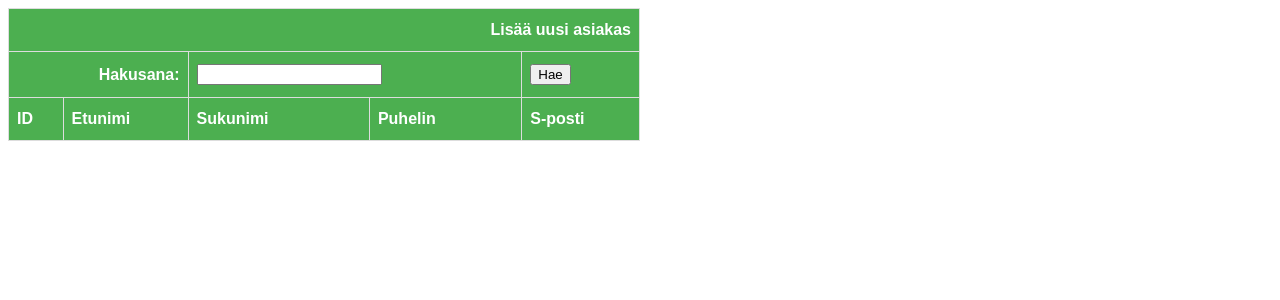
Repository: Lateh13/Asiakkaat
Page: http://localhost/Asiakkaat/listaaasiakkaat.jsp
These files come from the project's save history. The page is drawn as it stood at one moment and after the next save; the edit follows.
The browser window is 1280 px wide. The pictures show the whole page.
The page is served by Tomcat 9. Queries for data that is not in the repository find no rows.

Above is the page before, as saved 2020-04-29 16:42:03.

After the next save:
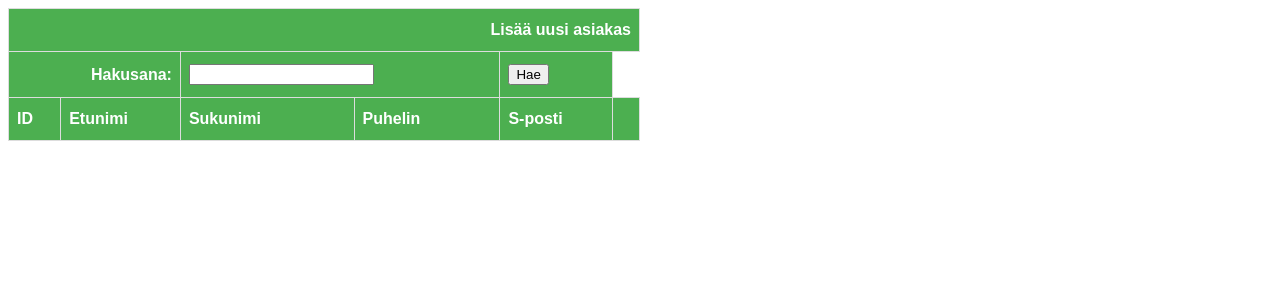
Console error: SyntaxError: Unexpected identifier 'field'
Saved 68 min 39 s later.
--- a/Asiakkaat/WebContent/listaaasiakkaat.jsp
+++ b/Asiakkaat/WebContent/listaaasiakkaat.jsp
@@ -12,7 +12,7 @@
 <table id="listaus">
 	<thead>
 		<tr>
-			<th colspan="5" class="oikealle"><span id="uusiAsiakas">Lisää uusi asiakas</span></th>
+			<th colspan="6" class="oikealle"><span id="uusiAsiakas">Lisää uusi asiakas</span></th>
 		</tr>
 		<tr>
 			<th class="oikealle" colspan="2">Hakusana:</th>
@@ -25,6 +25,7 @@
 	    	<th>Sukunimi</th>
 	    	<th>Puhelin</th>
 	   		<th>S-posti</th>
+	   		<th></th>
 	   	</tr>
 	</thead>
 	<tbody>
@@ -60,12 +61,26 @@
 			htmlStr+="<td>"+field.sukunimi+"</td>";
 			htmlStr+="<td>"+field.puhelin+"</td>";
 			htmlStr+="<td>"+field.sposti+"</td>";
+			htmlStr+="<td><span class='poista' onclick=poista('"field.id"')>Poista</span></td>;
 			htmlStr+="</tr>";
 			$("#listaus tbody").append(htmlStr);
 		});
 	}});
-};
+}
 
+function poista(id) {
+	if (confirm("Poista asiakas, jonka id on " + id +"?")) {
+		$.ajax({url:"asiakkaat/"+id, type:"DELETE", dataType:"json", success:function(result) {
+			if (result.response == 0) {
+				$("#ilmoitus").html("Asiakkaan poisto epäonnistui.");
+			} else if (result.response == 1) {
+				$("#rivi_"+id).css("background-color", "red");
+				alert("Asiakas " + id + " poisto onnistui");
+				haeAsiakkaat();
+			}
+		}})
+	}
+}
 </script>
 </body>
 </html>

After the 5 saves that followed:
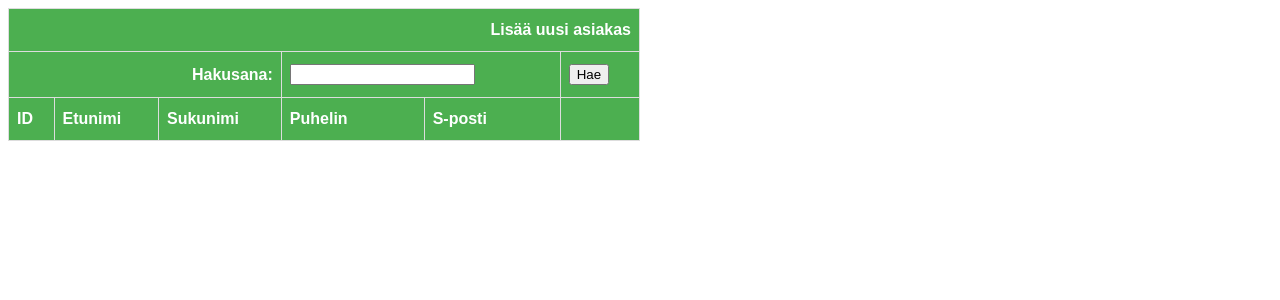
The error is gone.
The 5 saves are shown as one change because 4 left the picture as it was.
The last was saved 4 min 31 s later.
--- a/Asiakkaat/WebContent/listaaasiakkaat.jsp
+++ b/Asiakkaat/WebContent/listaaasiakkaat.jsp
@@ -15,7 +15,7 @@
 			<th colspan="6" class="oikealle"><span id="uusiAsiakas">Lisää uusi asiakas</span></th>
 		</tr>
 		<tr>
-			<th class="oikealle" colspan="2">Hakusana:</th>
+			<th class="oikealle" colspan="3">Hakusana:</th>
 			<th colspan="2"><input type="text" name="haku" id="haettava" size="20"></th>
 			<th ><input type="submit" value="Hae" id="hakunappi"></th>
 		</tr>
@@ -61,7 +61,7 @@
 			htmlStr+="<td>"+field.sukunimi+"</td>";
 			htmlStr+="<td>"+field.puhelin+"</td>";
 			htmlStr+="<td>"+field.sposti+"</td>";
-			htmlStr+="<td><span class='poista' onclick=poista('"field.id"')>Poista</span></td>;
+			htmlStr+="<td><span class='poista' onclick=poista('"+field.id+"')>Poista</span></td>";
 			htmlStr+="</tr>";
 			$("#listaus tbody").append(htmlStr);
 		});
@@ -77,8 +77,8 @@
 				$("#rivi_"+id).css("background-color", "red");
 				alert("Asiakas " + id + " poisto onnistui");
 				haeAsiakkaat();
-			}
-		}})
+			};
+		}});
 	}
 }
 </script>
--- a/Asiakkaat/src/model/dao/Dao.java
+++ b/Asiakkaat/src/model/dao/Dao.java
@@ -107,4 +107,19 @@ public class Dao {
 		return paluuArvo;
 	}
 
+	public boolean poistaAsiakas(int id) {
+		boolean paluuArvo = true;
+		sql = "DELETE FROM asiakkaat WHERE asiakas_id=?";
+		try {
+			connection = yhdista();
+			stmtPrep = connection.prepareStatement(sql);
+			stmtPrep.setInt(1, id);
+			stmtPrep.executeUpdate();
+			connection.close();
+		} catch (Exception e) {
+			e.printStackTrace();
+			paluuArvo = false;
+		}
+		return paluuArvo;
+	}
 }
